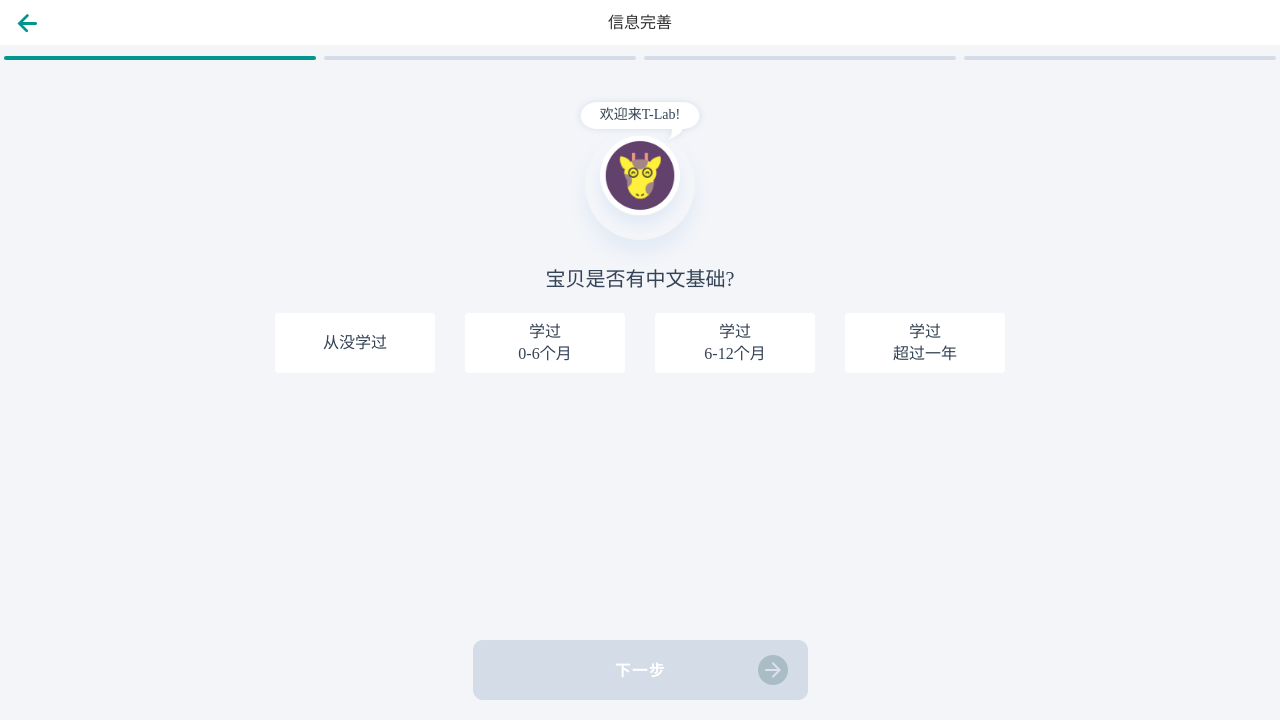
Repository: huangjf1/1
Page: /
An editor plug-in stored every save of this project. The page is shown before and after the next save, followed by the edit.
The browser window is 1280 px wide. The pictures show the whole page.
The project was rebuilt for these pictures with package versions that can differ from the ones it lists, and the page was loaded fresh each time. Also part of the build but not shown: vue.config.js.

Above is the page before, as saved 2021-08-24 12:24:24.

After the next save:
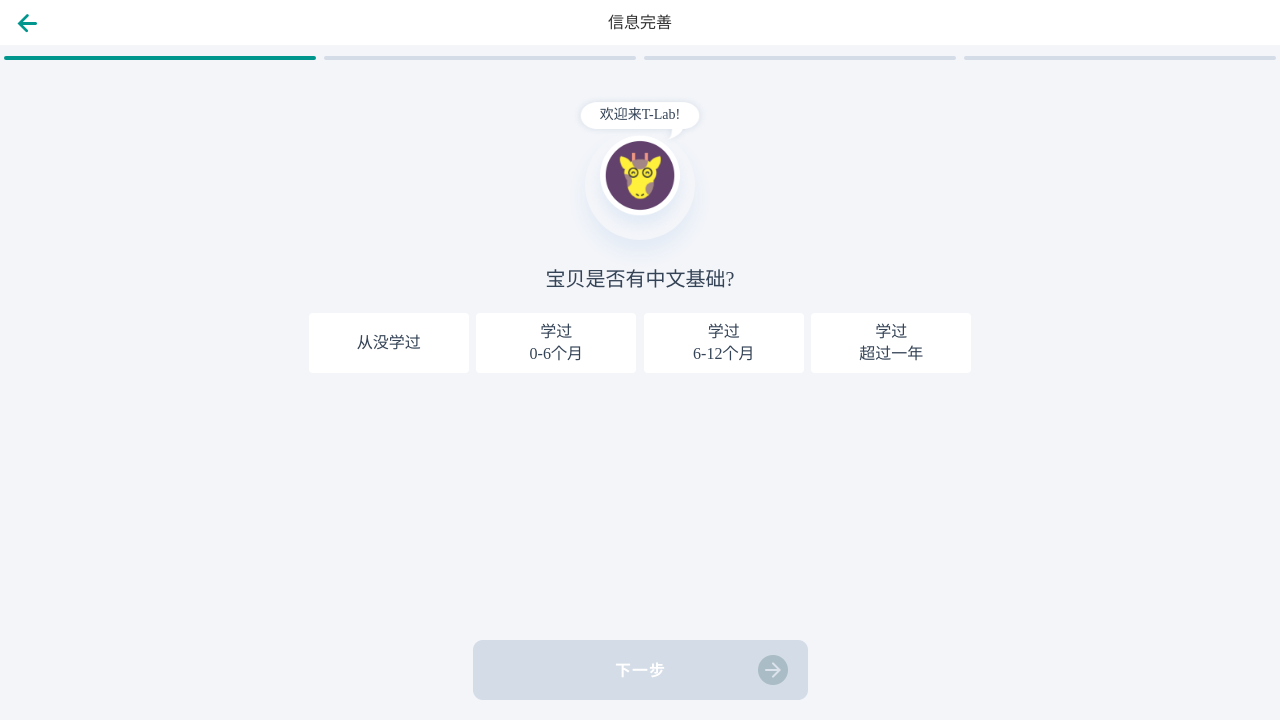
Saved 9 s later.
--- a/src/views/index.vue
+++ b/src/views/index.vue
@@ -368,7 +368,7 @@ export default {
         flex-direction: column;
         .select-chines {
           flex: 1;
-          width: 760px;
+          width: 670px;
           margin: 0 auto;
           position: relative;
           .message-info {
